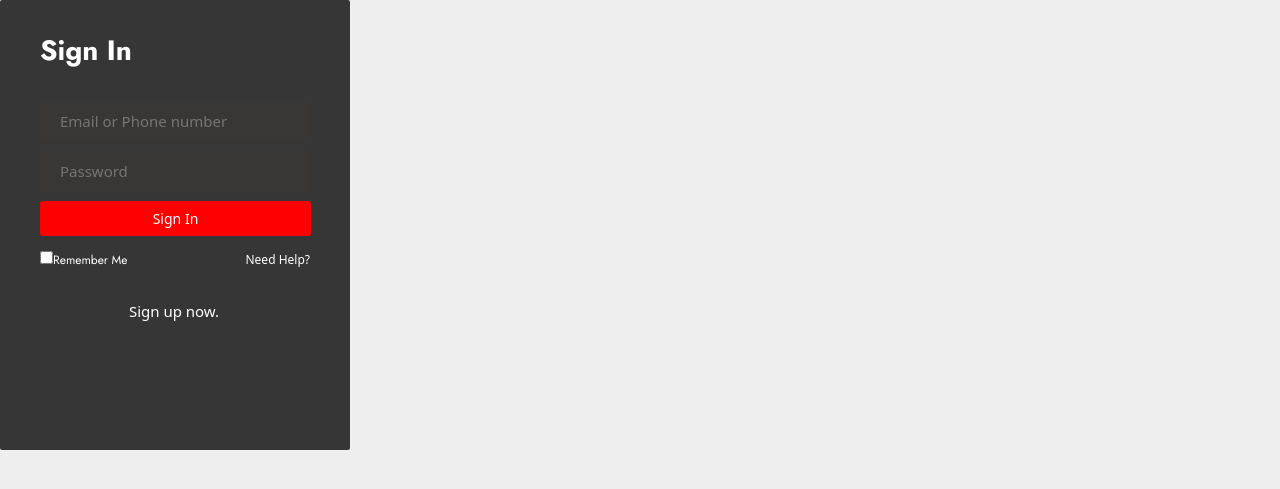
Repository: isaacCodes1/Kumo-Website.
Page: Form2.html
These files come from the project's save history. The page is drawn as it stood at one moment and after a run of saves; the edit follows.
The browser window is 1280 px wide. The pictures show the whole page.

Above is the page before, as saved 2024-03-26 11:46:16.

After the next 2 saves:
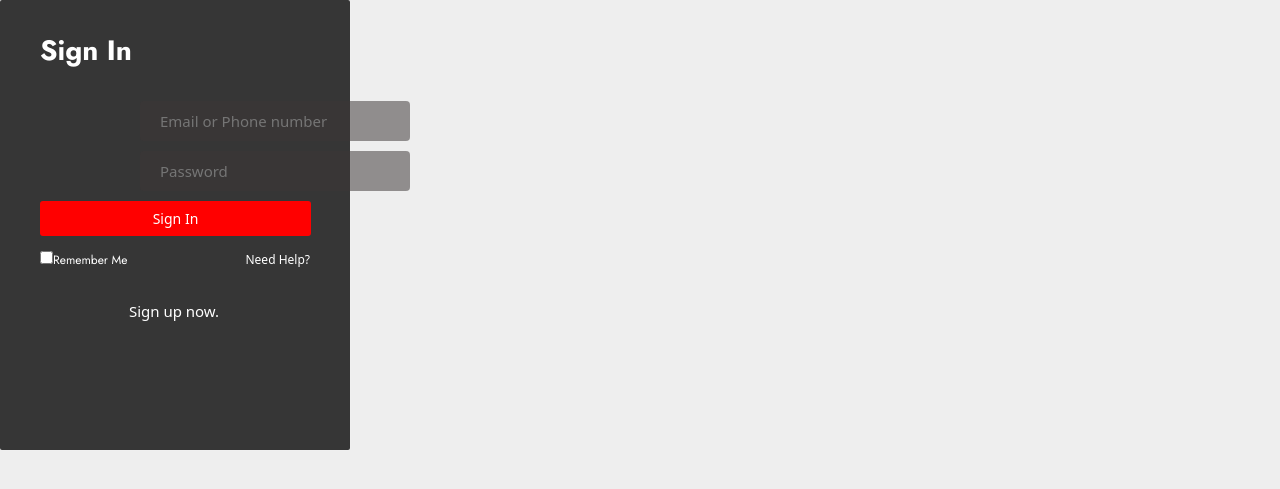
The 2 saves are shown as one change because they came seconds apart.
The last was saved 21 s later.
--- a/style.css
+++ b/style.css
@@ -584,6 +584,7 @@
   width: 100%;
   height: 20px;
   margin: 30px 0;
+  margin-left: 100px;
 }
 .wrapper h1 {
   font-size: 28px;
@@ -648,9 +649,9 @@
 .pro2 {
   font-family: system-ui, -apple-system, BlinkMacSystemFont, "Segoe UI", Roboto,
     Oxygen, Ubuntu, Cantarell, "Open Sans", "Helvetica Neue", sans-serif;
-    padding-bottom: 40px;
-}
-.pro3{
+  padding-bottom: 40px;
+}
+.pro3 {
   margin-left: 150px;
   font-family: cursive;
   font-size: 10px;

After the save that followed:
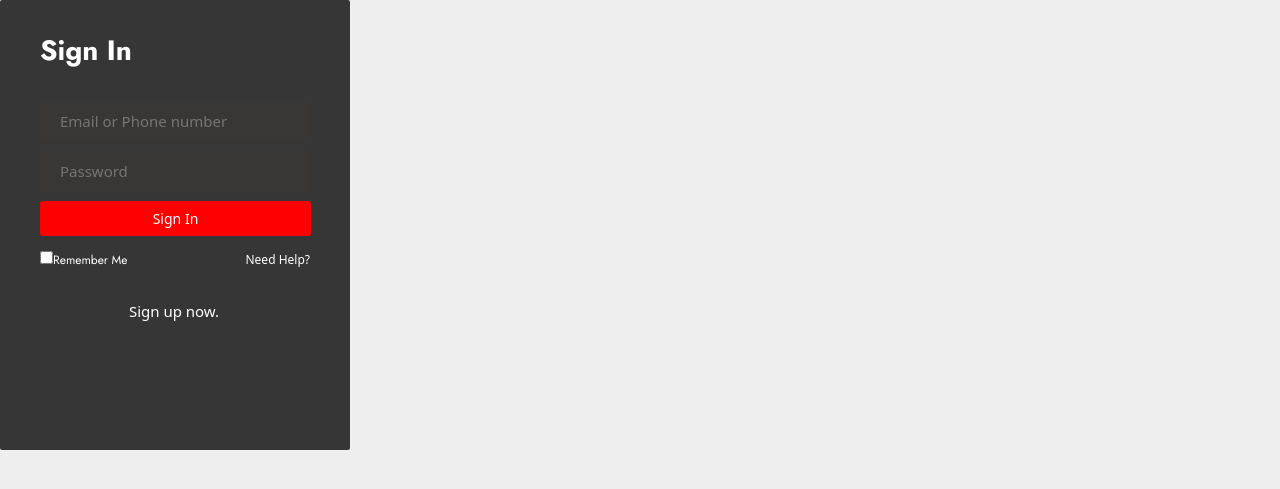
Saved 5 s later.
--- a/style.css
+++ b/style.css
@@ -584,7 +584,6 @@
   width: 100%;
   height: 20px;
   margin: 30px 0;
-  margin-left: 100px;
 }
 .wrapper h1 {
   font-size: 28px;
@@ -649,9 +648,9 @@
 .pro2 {
   font-family: system-ui, -apple-system, BlinkMacSystemFont, "Segoe UI", Roboto,
     Oxygen, Ubuntu, Cantarell, "Open Sans", "Helvetica Neue", sans-serif;
-  padding-bottom: 40px;
-}
-.pro3 {
+    padding-bottom: 40px;
+}
+.pro3{
   margin-left: 150px;
   font-family: cursive;
   font-size: 10px;
